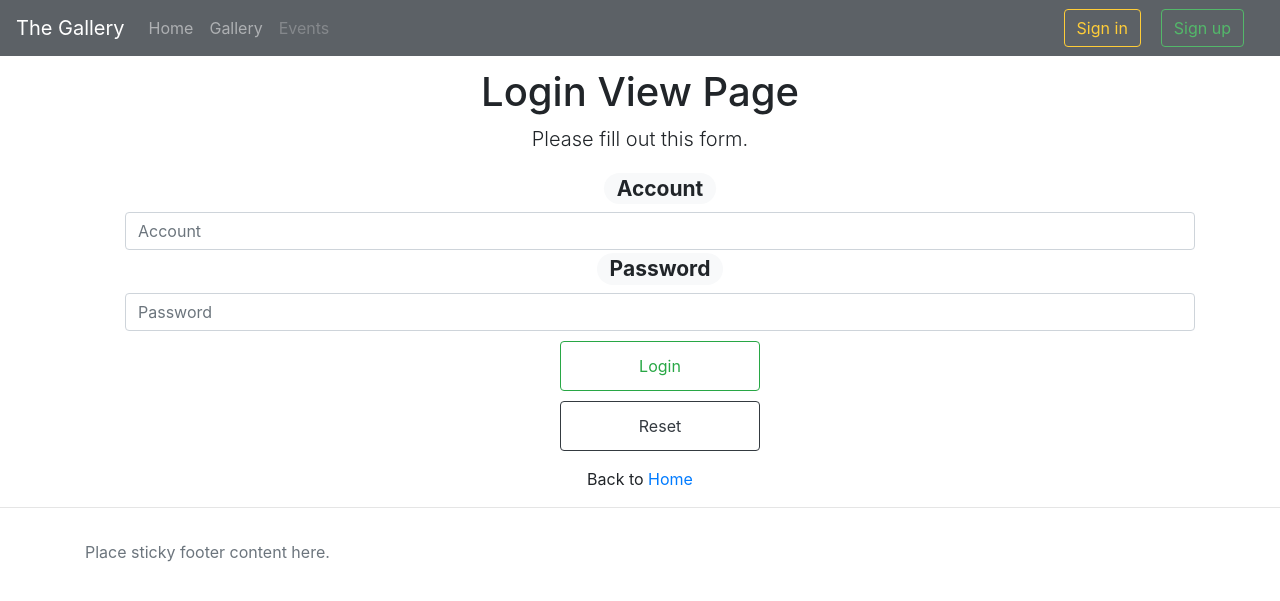
Repository: caramelsyrup/SpringProject1
Page: http://localhost/gallery/WEB-INF/views/customLogin.jsp
These files come from the project's save history. The page is drawn as it stood at one moment and after the next save; the edit follows.
The browser window is 1280 px wide. The pictures show the whole page.
The page is served by Tomcat 9. Nobody is signed in. The template is opened directly, without the code that normally fills it, so the values that code supplies are empty.

Above is the page before, as saved 2020-11-22 08:53:30.

After the next save:
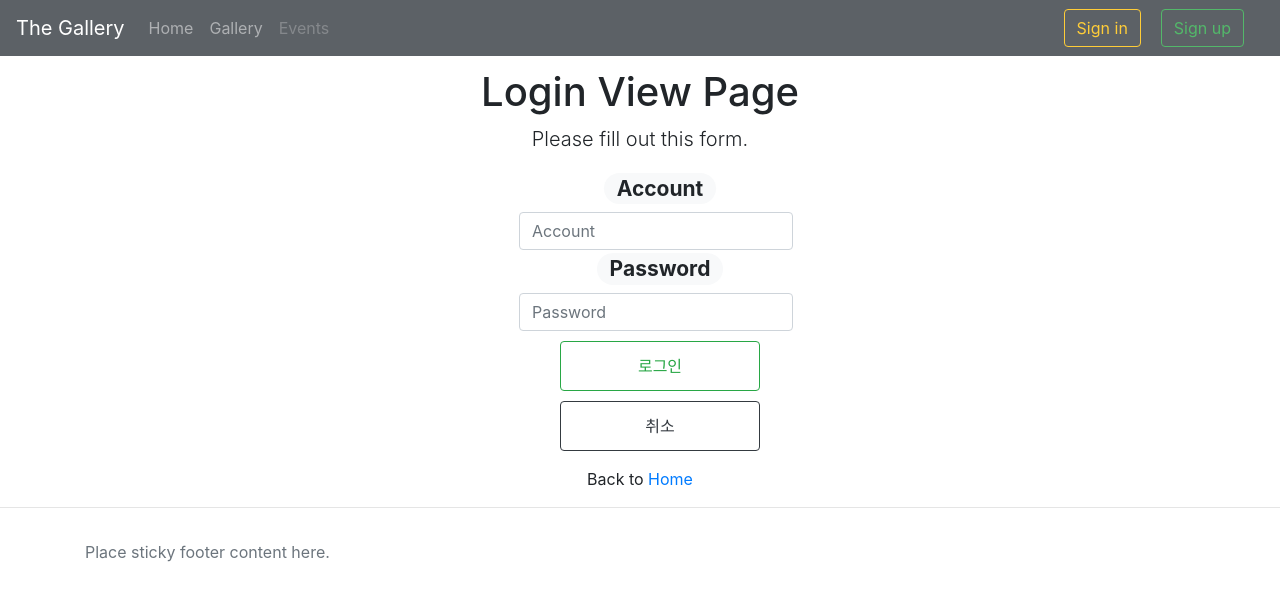
Saved 8 min 22 s later.
--- a/gallery/src/main/webapp/WEB-INF/views/customLogin.jsp
+++ b/gallery/src/main/webapp/WEB-INF/views/customLogin.jsp
@@ -6,6 +6,7 @@
   <div class="container" align="center">
     <h1 class="mt-5">Login View Page</h1>
     <p class="lead">Please fill out this form.</p>
+    <form class="form-inline mt-2 mt-md-0" id="loginForm" action="/login" method="post">
     	<ul style="list-style: none; margin-left: auto; margin-right: auto;">
     		<li>
     			<h3><span class="badge badge-pill badge-light">Account</span></h3>
@@ -16,10 +17,11 @@
 	    		<input class="form-control mr-sm-2" type="password" placeholder="Password" aria-label="Search" name="password" id="password">
     		</li>
     		<li style="margin-top: 10px; margin-bottom: 10px;">
-    			<input class="btn btn-outline-success my-2 my-sm-0" type="button" id="btnLogin" value="Login" style="width: 200px; height: 50px;">
+    			<input class="btn btn-outline-success my-2 my-sm-0" type="button" id="btnLogin" value="로그인" style="width: 200px; height: 50px;">
     		</li>
-    		<li><input class="btn btn-outline-dark my-2 my-sm-0" type="reset" value="Reset" style="width: 200px; height: 50px;" ></li>
+    		<li><input class="btn btn-outline-dark my-2 my-sm-0" type="reset" value="취소" style="width: 200px; height: 50px;" ></li>
     	</ul>
+      </form>
    <p>Back to <a href="/">Home</a></p>
   </div>
   <hr class="featurette-divider">
